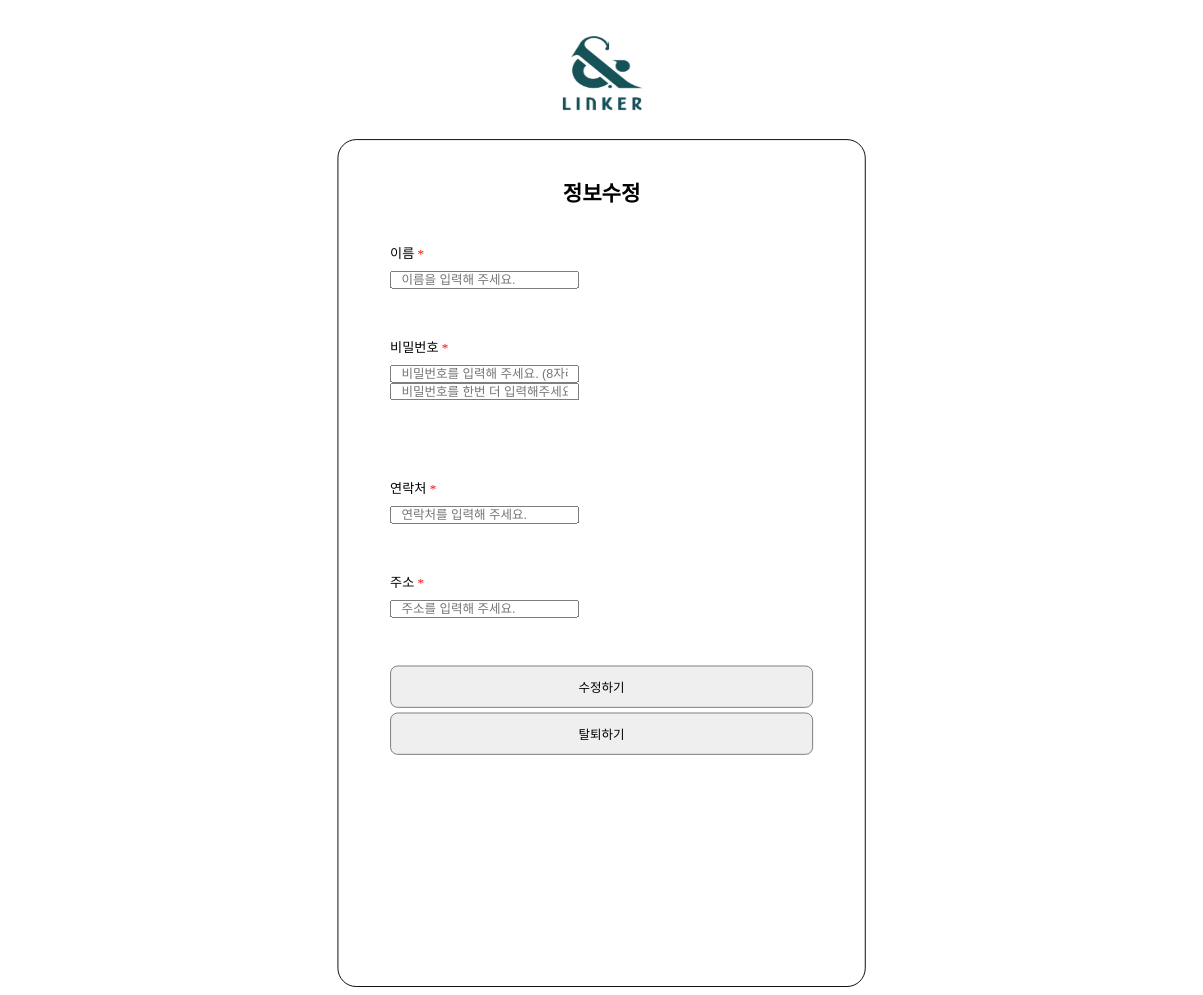
Repository: soomseting/let_me_go
Page: http://localhost/LINKER_re/jsp/main/user_update.jsp
An editor plug-in stored every save of this project. The page is shown before and after the next save, followed by the edit.
The browser window is 1280 px wide. The pictures show the whole page, at 94% of full size.
The page is served by Tomcat 9. Other server files are loaded and not shown.

Above is the page before, as saved 2025-03-24 05:54:45.
Console error: TypeError: Cannot set properties of null (setting 'onclick')

### LINKER_re/src/main/webapp/jsp/main/user_update.jsp
<%@ page language="java" contentType="text/html; charset=UTF-8"
    pageEncoding="UTF-8"%>
<!DOCTYPE html>
<html lang="en">

<head>
    <meta charset="UTF-8">
    <meta name="viewport" content="width=device-width, initial-scale=1.0">
    <title>Document</title>
    <link rel="stylesheet" href="../../css/sign_up.css">
    <script src="https://ajax.googleapis.com/ajax/libs/jquery/3.3.1/jquery.min.js"></script>
    <script src="../../js/jquery-3.7.1.js"></script>
    <script src="../../js/script.js"></script>
</head>

<body>
    <section>
        <div class="sign_up_logo">
            <img src="../../img/logo.png" alt="logo">
        </div>
        <div class="sign_up_content">
            <div class="su_title">
                <h1>정보수정</h1>
            </div>
            <form action="/LINKER/jsp/main/update.jsp.users">
            <div class="su_con_wrap">
                <div class="su_con_box">
                    <div class="su_ct">이름<span> *</span></div>
                    <div class="su_input"><input type="text" name="user_name" placeholder="이름을 입력해 주세요."></div>
                </div>
                <div class="su_con_box">
                    <div class="su_ct">비밀번호<span> *</span></div>
                    <div class="su_input"><input type="password" name="password" placeholder="비밀번호를 입력해 주세요. (8자리 이상)"></div>
                    <div class="su_input"><input type="password" placeholder="비밀번호를 한번 더 입력해주세요."></div>
                </div>
                <div class="su_con_box su_con_one">
                    <div class="su_ct">연락처<span> *</span></div>
                    <div class="su_input"><input type="text" name="phone" placeholder="연락처를 입력해 주세요."></div>
                </div>
                <div class="su_con_box su_con_thr">
                    <div class="su_ct">주소<span> *</span></div>
                    <div class="su_input"><input type="text" name="user_address" placeholder="주소를 입력해 주세요."></div>
                </div>
                <div class="su_con_box su_con_for">
                    <div class="su_input sui1"><button type="submit" name="action" value="update">수정하기</button></div>
                    <div class="su_input sui2"><button type="submit" name="action" value="delete">탈퇴하기</button></div>
                </div>
            </div>
            </form>
        </div>
    </section>
</body>

</html>

### LINKER_re/src/main/webapp/css/sign_up.css
/*sign_up*/
.sign_up_logo{width: 250px;height: 140px;margin: 0 auto;}
.sign_up_logo img{width: 250px;height: 140px;}

.sign_up_content{width: 560px;height: 900px;border: 1px solid black; margin: 0 auto; border-radius: 20px;}

.su_title{font-weight: bold;font-family: Arial, Helvetica, sans-serif; padding: 20px 50px;text-align: center; font-size: 15px;}

.su_con_wrap{width: 560px;height: 800px;}
.su_con_box{width: 450px;height: 100px;margin: 0 auto;}
.su_ct{font-size: 14px; margin-bottom: 10px;}
.su_ct span{color: red;}
.su_input button{width: 450px;height: 45px; border-radius: 8px; border: 1px solid #777;margin-bottom: 5px;}
.su_input input[placeholder]{padding: 0 10px;}
.su_con_one{margin-top: 50px;}
/* .su_con_for{margin-top: 15px;} */
.su_con_for input{width: 475px;height: 50px; margin-top: 10px; background: #165358; color: #fff;font-size: 15px;transition: 0.3s;border: none;}
.su_con_for>.sui1:hover input{background: #518682; transition: 0.3s;border: none;cursor: pointer;}
.su_con_for>.sui2:hover input{background: #518682; transition: 0.3s;border: none;cursor: pointer;}

#sign_up_agree{font-size: 10px;margin-bottom: 10px;color: rgb(154, 155, 167);}

.su_flex{display: flex; align-items: center;}
.su_flex input{width: 20px;height: 20px;}

### LINKER_re/src/main/webapp/js/script.js
$(document).ready(function () {

        //main_img_slide
        var img= $("#slide div");
        var cnt=0;
        var max=img.length-1;
        setInterval(next ,3000);

        function next(){
            if(img.is(":animated")) return false;
            $(img[cnt]).animate({"left":"-100%"}).siblings().css({"left":"100%"});
            cnt++;
            if(cnt>max) cnt=0;
            $(img[cnt]).animate({"left":0});
            }

        //sign_in_popup
        function open(){
            $('#pop').css({"display":"block"});

            $('#semi_wrap').css({"position":"sticky"});
            $('section').css({"margin-top":"0"});
        }
        $(".sign_in").on("click",open);
        function close(){
            $('#pop').css({"display":"none"});
            $('#semi_wrap').css({"position":"fixed"});
            $('section').css({"margin-top":"101px"});
        }
        $("#close").on("click",close);

        $('input[type="checkbox"][name="user_category"]').click(function(){

            if($(this).prop('checked')){
               $('input[type="checkbox"][name="user_category"]').prop('checked',false);
               $(this).prop('checked',true);
              }
        });

        /*product_detail*/
        var detail_main = document.querySelector(".detail_main img");
        var detail_sub = document.querySelector(".detail_sub");

        // var ping = document.querySelectorAll(".de_sub img");

        detail_sub.onclick = function(e){
            // console.log(event.target);
            if(e.target.getName == "DIV"){
                return;
            }
            detail_main.src = e.target.src;
        }
        // ping.onclick = function(){
        //     if(ping.classList.contains("pr_ping")){
        //         ping.style.width = "50px";
        //         ping.style.height = "50px";
        //         ping.style.border = "5px solid black";
        //     }else{
        //         ping.style.width = "50px";
        //         ping.style.height = "50px";
        //         ping.style.border = "none";
        //     }
        //     ping.classList.toggle("pr_ping");
        // }
});

Loaded but not shown: LINKER_re/src/main/webapp/js/jquery-3.7.1.js (library)

After the next save:
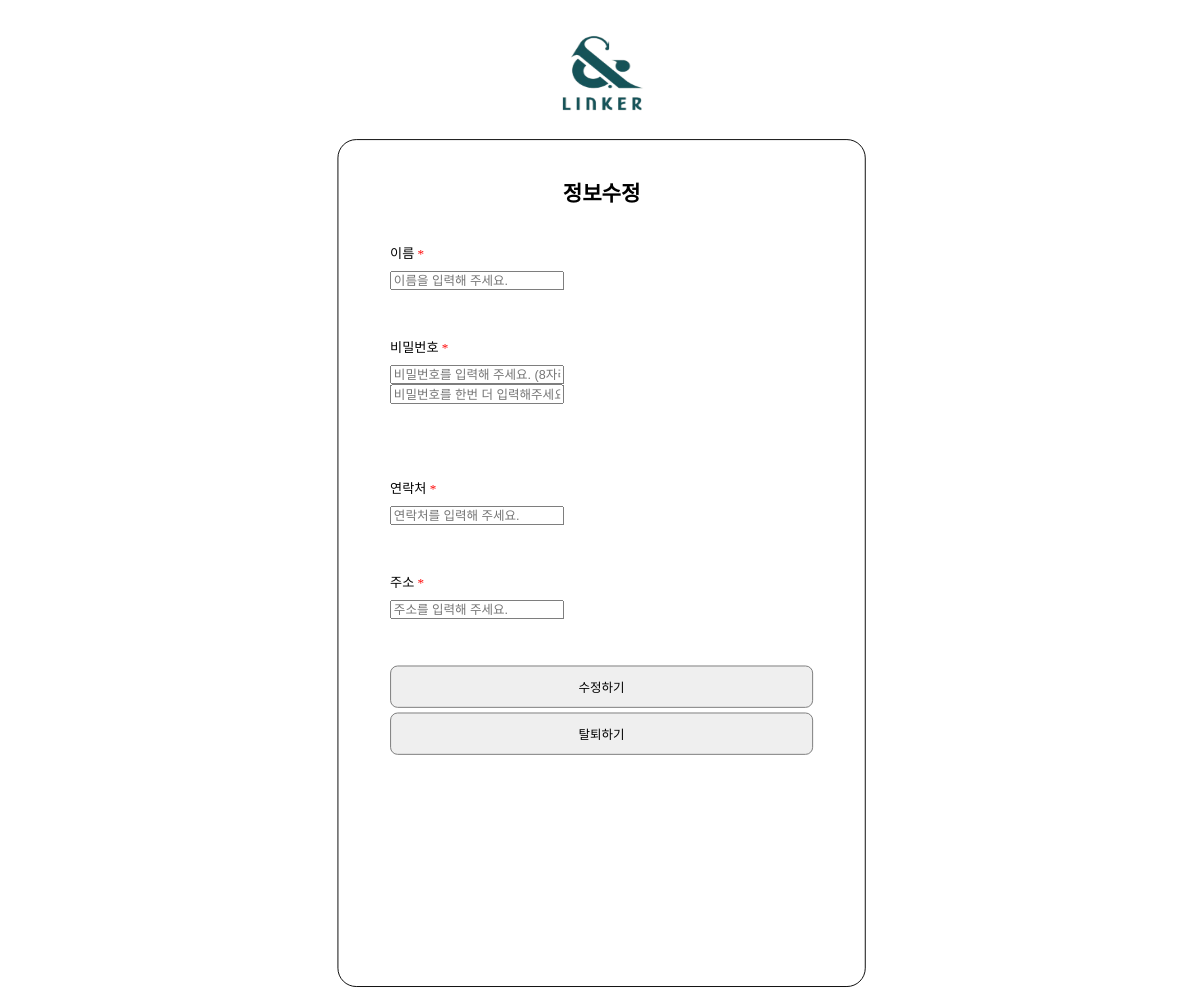
Saved 21 s later.
--- a/LINKER_re/src/main/webapp/css/sign_up.css
+++ b/LINKER_re/src/main/webapp/css/sign_up.css
@@ -11,7 +11,7 @@
 .su_ct{font-size: 14px; margin-bottom: 10px;}
 .su_ct span{color: red;}
 .su_input button{width: 450px;height: 45px; border-radius: 8px; border: 1px solid #777;margin-bottom: 5px;}
-.su_input input[placeholder]{padding: 0 10px;}
+/*.su_input input[placeholder]{padding: 0 10px;}  */
 .su_con_one{margin-top: 50px;}
 /* .su_con_for{margin-top: 15px;} */
 .su_con_for input{width: 475px;height: 50px; margin-top: 10px; background: #165358; color: #fff;font-size: 15px;transition: 0.3s;border: none;}
